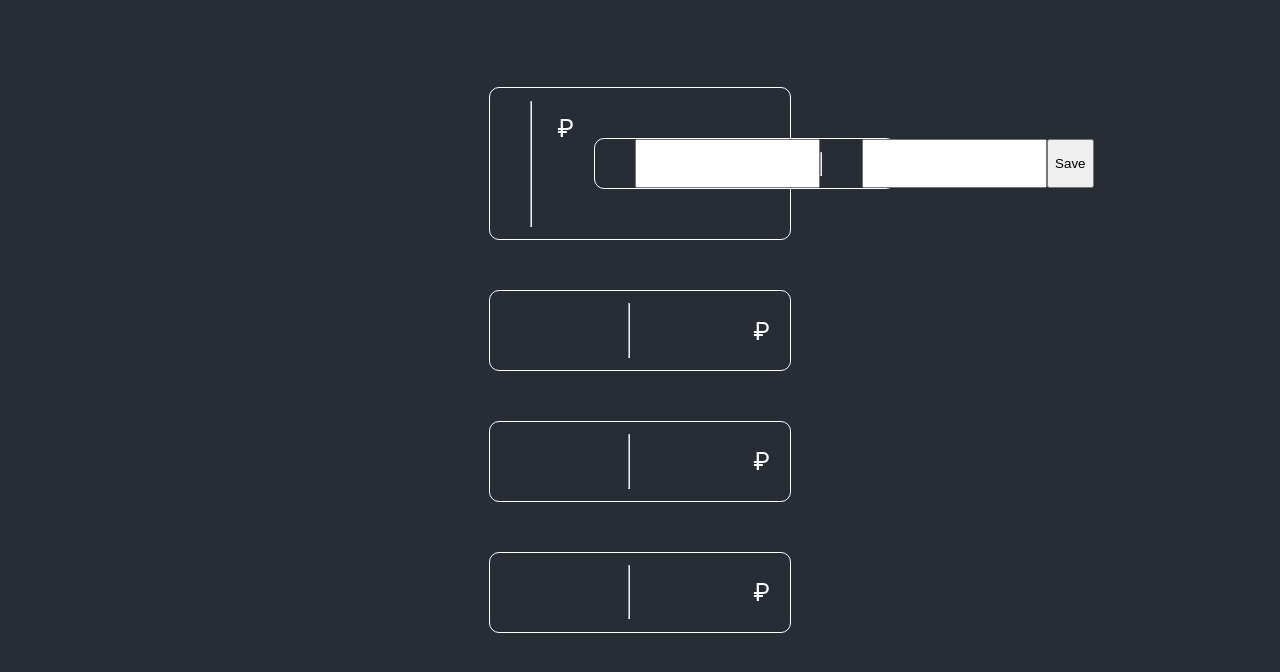
Repository: bandikost/capers
Page: /main
The author's editor kept a copy of each file at every save. The page is drawn from the files as they stood at one save, then again after the next save.
The browser window is 1280 px wide. The pictures show the whole page.
The page's requests for data from a server got no answer. The project was rebuilt for these pictures with package versions that can differ from the ones it lists, and the page was loaded fresh each time. No one was signed in, and anything a server would have sent is missing.

Above is the page before, as saved 2023-04-10 12:32:15.

### src/App.js
import logo from './logo.svg';
import './App.css';
import { BrowserRouter, Routes, Route } from "react-router-dom";
import Main from './components/Main';


function App() {
  return (
    <div className="App">
      <header className="App-header">
      <BrowserRouter >
        <Routes>
            <Route path='/main' element={<Main />}/>
        </Routes>
      </BrowserRouter>
      </header>
    </div>
  );
}

export default App;

### src/App.css
.App {
  text-align: center;
}

.App-logo {
  height: 40vmin;
  pointer-events: none;
}


.App-header {
  background-color: #282c34;
  min-height: 100vh;
  display: flex;
  flex-direction: column;
  align-items: center;
  justify-content: center;
  font-size: calc(10px + 2vmin);
  color: white;
}

.App-link {
  color: #61dafb;
}


.table {
  height: auto;
  margin: 0 auto 0;
}

.cell {
  border: 1px solid white;
  border-radius: 10px;
  width: 300px;
  margin: 50px 0px;
  display: flex;
  justify-content: space-between;
}

.cell p {
  padding: 0 20px;
}

### src/components/Main.jsx
import React, { useState, useEffect } from "react";
import firebase from "../firebase";
import UserEditForm from "./UserEditForm";

export const Main = () => {
  const [name, setName] = useState({});
  const [balance, setbalance] = useState({});

  useEffect(() => {
    const balanceRef = firebase.database().ref("balance");
    balanceRef.on("value", (snapshot) => {
      const data = snapshot.val();
      setbalance(data);
    });

    const nameRef = firebase.database().ref("name");
    nameRef.on("value", (snapshot) => {
      const data = snapshot.val();
      setName(data);
    });
  }, []);

  const getHighestBalanceUser = () => {
    const users = Object.keys(balance);
    let highestBalance = -Infinity;
    let highestBalanceUser = "";
    users.forEach((user) => {
      if (balance[user] > highestBalance) {
        highestBalance = balance[user];
        highestBalanceUser = user;
      }
    });
    return highestBalanceUser;
  };

  return (
    <div className="table">
      <div className="cell">
        <p>{name.user1}</p>
        <hr />
        <p>{balance.user1}<span style={{marginLeft: "5px"}}>₽</span></p>
        <UserEditForm userId="user1" name={name.user1} balance={balance.user1} />
      </div>
      <div className="cell">
        <p>{name.user2}</p>
        <hr />
        <p>{balance.user2}<span style={{marginLeft: "5px"}}>₽</span></p>
      </div>
      <div className="cell">
        <p>{name.user3}</p>
        <hr />
        <p>{balance.user3}<span style={{marginLeft: "5px"}}>₽</span></p>
      </div>
      <div className="cell">
        <p>{name.user4}</p>
        <hr />
        <p>{balance.user4}<span style={{marginLeft: "5px"}}>₽</span></p>

        </div>
        </div>

  )
}
  export default Main;

### src/firebase.js

import "firebase/database";
import firebase from "firebase/compat/app";
import "firebase/compat/database";
import { getAuth } from "firebase/auth";
import { getFirestore } from "firebase/firestore";
import { getStorage, ref } from "firebase/storage";


const firebaseConfig = {
    apiKey: "AIzaSyBp1x8lQCSbuPwbK_sXJ7eGkGpN9c7ONY8",
    authDomain: "capers-a3171.firebaseapp.com",
    databaseURL: "https://capers-a3171-default-rtdb.europe-west1.firebasedatabase.app",
    projectId: "capers-a3171",
    storageBucket: "capers-a3171.appspot.com",
    messagingSenderId: "794243042023",
    appId: "1:794243042023:web:668504b8bdcbe9b7c63042",
    measurementId: "G-7YW48MQCSP"
  };

firebase.initializeApp(firebaseConfig);

export const auth = getAuth();
export const storage = getStorage()
export const db = getFirestore();
export default firebase;

### src/components/UserEditForm.js
import React, { useState } from "react";

const UserInput = ({ user, name, balance, onChange }) => {
  const [inputName, setInputName] = useState(name);
  const [inputBalance, setInputBalance] = useState(balance);

  const handleNameChange = (e) => {
    setInputName(e.target.value);
  };

  const handleBalanceChange = (e) => {
    setInputBalance(e.target.value);
  };

  return (
    <div className="cell">
      <p>{inputName}</p>
      <input type="text" value={inputName} onChange={handleNameChange} />
      <hr />
      <p>{inputBalance}</p>
      <input type="number" value={inputBalance} onChange={handleBalanceChange} />
      <button onClick={() => onChange(user, inputName, inputBalance)}>Save</button>
    </div>
  );
};

export default UserInput;

Loaded but not shown: public/index.html (common file); src/index.js (common file); src/index.css (common file); src/reportWebVitals.js (common file)

After the next save:
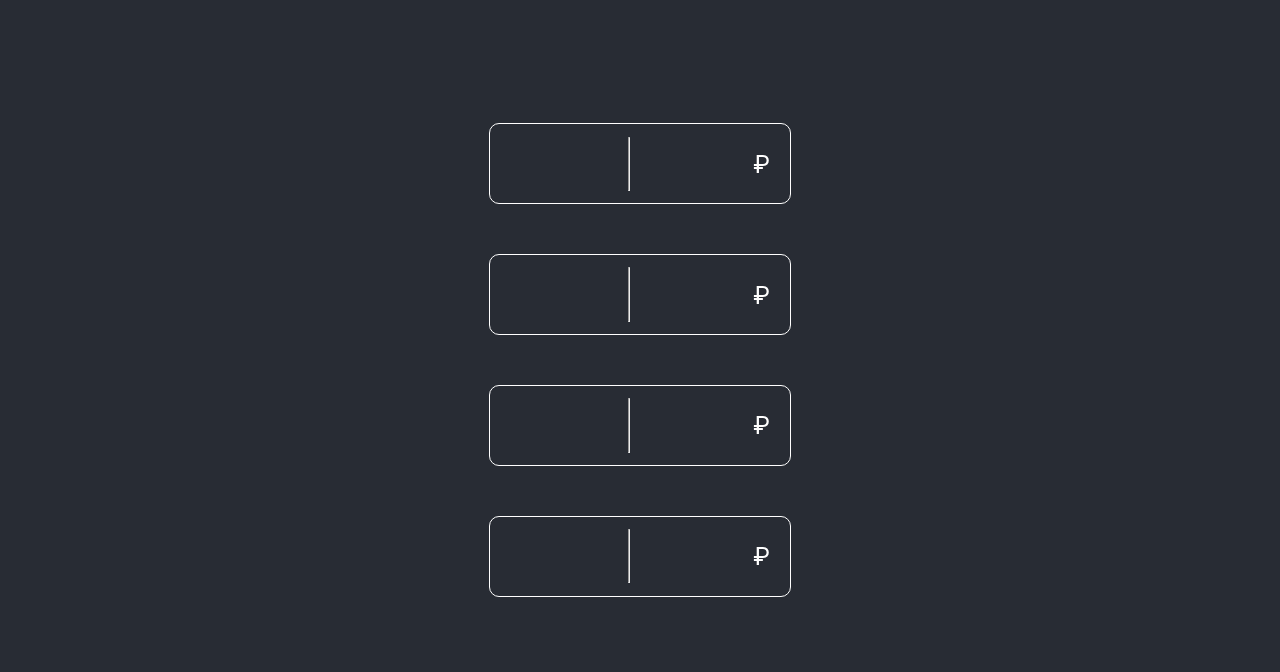
Saved 8 s later.
--- a/src/components/Main.jsx
+++ b/src/components/Main.jsx
@@ -39,7 +39,6 @@ export const Main = () => {
         <p>{name.user1}</p>
         <hr />
         <p>{balance.user1}<span style={{marginLeft: "5px"}}>₽</span></p>
-        <UserEditForm userId="user1" name={name.user1} balance={balance.user1} />
       </div>
       <div className="cell">
         <p>{name.user2}</p>
